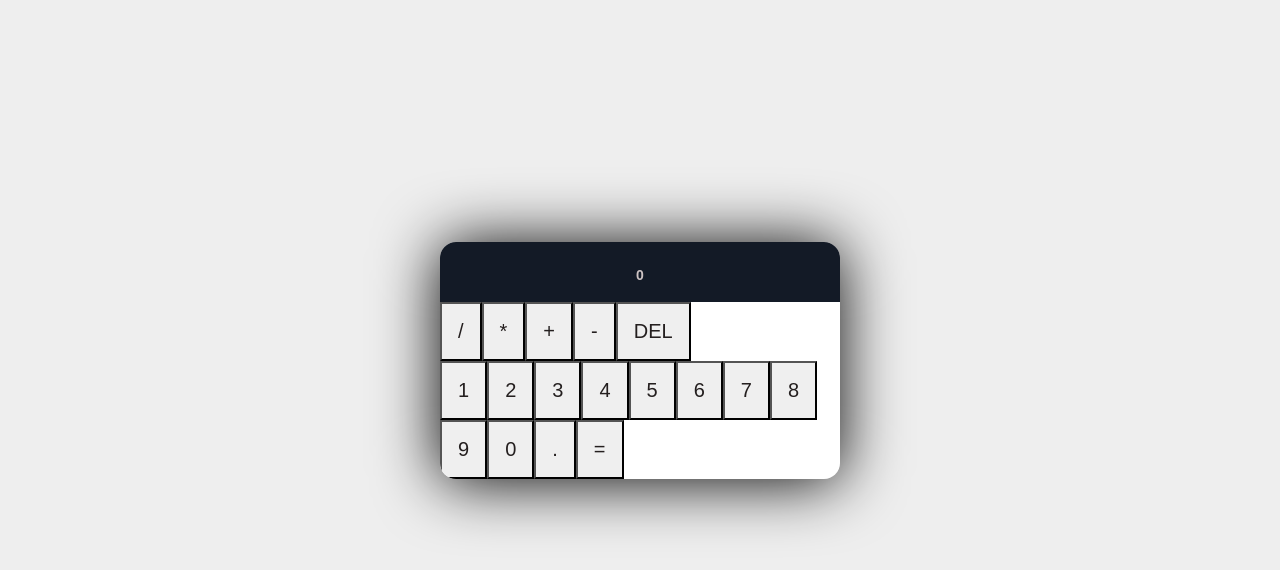
Repository: wakoya-tech/calculator-app
Page: /
The author's editor kept a copy of each file at every save. The page is drawn from the files as they stood at one save, then again after the next save.
The browser window is 1280 px wide. The pictures show the whole page.
The project was rebuilt for these pictures with package versions that can differ from the ones it lists, and the page was loaded fresh each time. Also part of the build but not shown: vite.config.js.

Above is the page before, as saved 2025-10-16 23:23:29.

### src/main.jsx
import React from 'react'
import ReactDOM from 'react-dom/client'
import App from './App.jsx'
import './App.css'

ReactDOM.createRoot(document.getElementById('root')).render(
  <React.StrictMode>
    <App />
  </React.StrictMode>
)

### src/App.jsx
import './App.css';  // Not index.css!
function App() {
  const createDigits=()=>{
    const digits=[];
    for(let i=1; i<10;i++){
      digits.push(
        <button key={i}>{i}</button>
      )
    }
    return digits;
  }
  return (
    <div className="App">
     <div className="calculator">
      <div className="display">
        <span>{0}</span>
      </div>
      <div className="operators">
        <button>/</button>
        <button>*</button>
        <button>+</button>
        <button>-</button>
        <button>DEL</button>
      </div>
      <div className="digits">
        {createDigits() }
        <button>0</button>
        <button>.</button>
        <button>=</button>
      </div>
     </div>

    </div>
  )
}

export default App

### src/App.css
:root{
  --primary:#d71e5b;
  --secondary:#8c38ff;
  --dark:#131a26;
  --light:#eee;
}
*{
  margin: 0;
  padding: 0;
  box-sizing: border-box;
  font-family: 'Fira Sans', sans-serif;
}
body{
  background-color: var(--light);

}
.App{
  display: flex;
  min-height: 100vh;
  align-items: center;

  justify-content: center;
}
.calculator{
  width: 100%;
  max-width: 400px;
  background-color: #fff;
  border-radius: 16px;
  overflow: hidden;
  box-shadow: 0px 2px 64px  rgb(0, 0,0.2);
}
.display{
  padding: 16px;
  text-align: center;
  background-color: var(--dark);
  color: var(--light);
font-size: 24px;
font-weight: bold;
}
.display span{
  font-size: 14px;
  color: #ccc2c2;
}
button{
  appearance: none;

  outline: none;
  color: #241f1f;
  font-size: 20px;
  padding: 16px;
  cursor: pointer;
  transition: 0.4s;
}
button:hover{
  opacity: 0.9;
}
.operators{
  display: flex;
}

Loaded but not shown: index.html (common file)

After the next save:
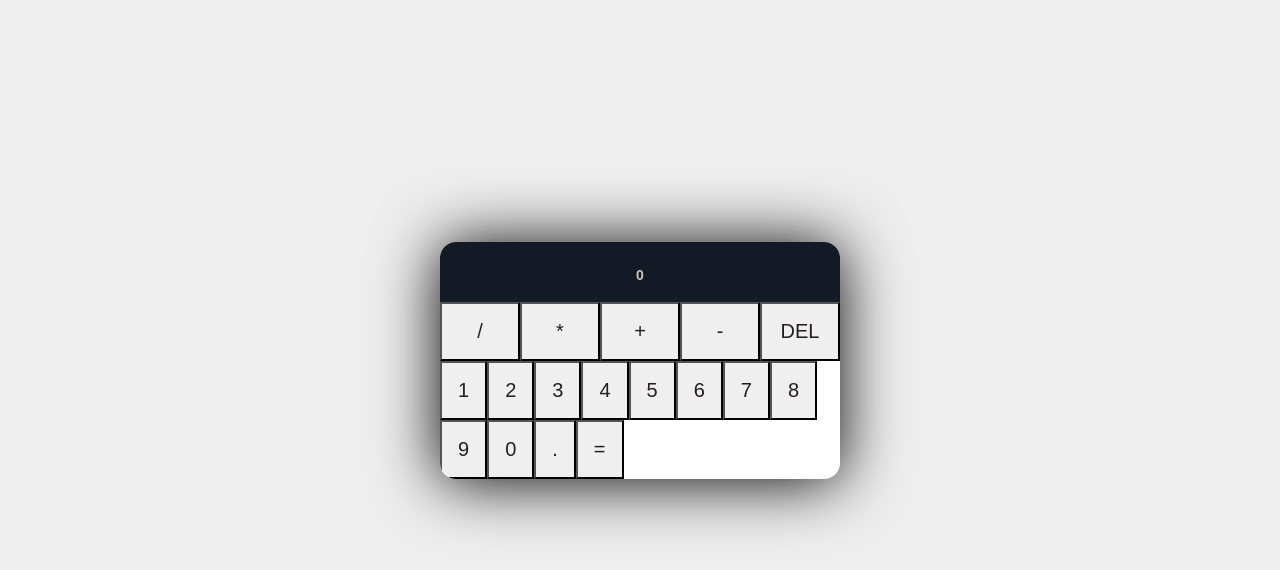
Saved 31 s later.
--- a/src/App.css
+++ b/src/App.css
@@ -57,3 +57,6 @@ button:hover{
 .operators{
   display: flex;
 }
+.operators button{
+  flex: 1 1 0%;
+}
